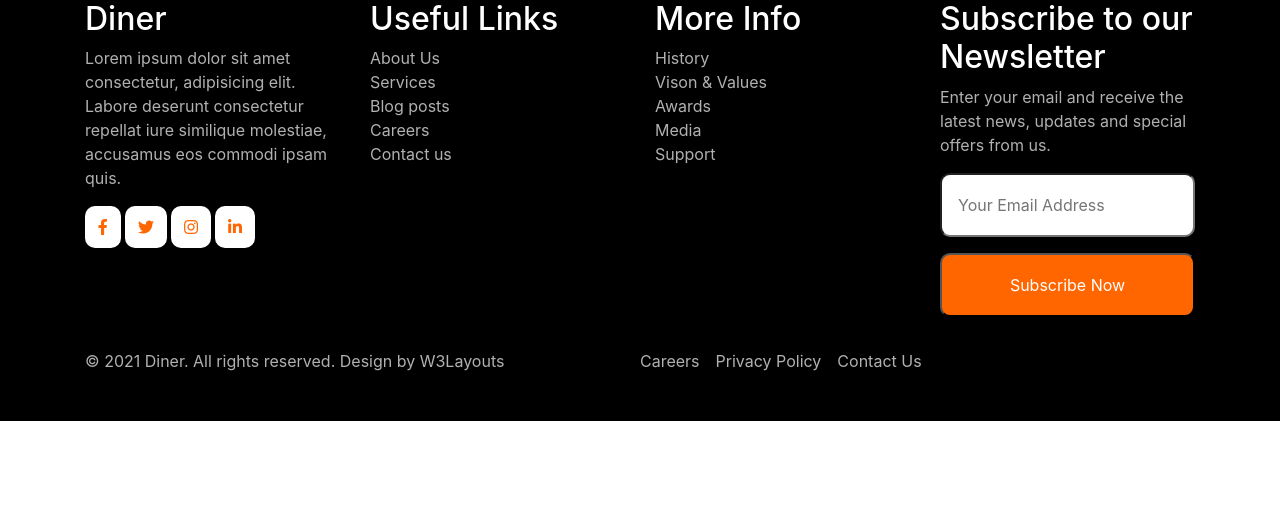
Repository: ngoctinvo/diner_project_cybersoft
Page: index.html
An editor plug-in stored every save of this project. The page is shown before and after the next save, followed by the edit.
The browser window is 1280 px wide. The pictures show the whole page.
Some web libraries are served in a nearby version. The style sheet was rebuilt from its Sass, Less or Tailwind sources for each picture, by a compiler version that may differ from the author's.

Above is the page before, as saved 2022-04-16 15:44:50.
Not found: js/index.js

After the next save:
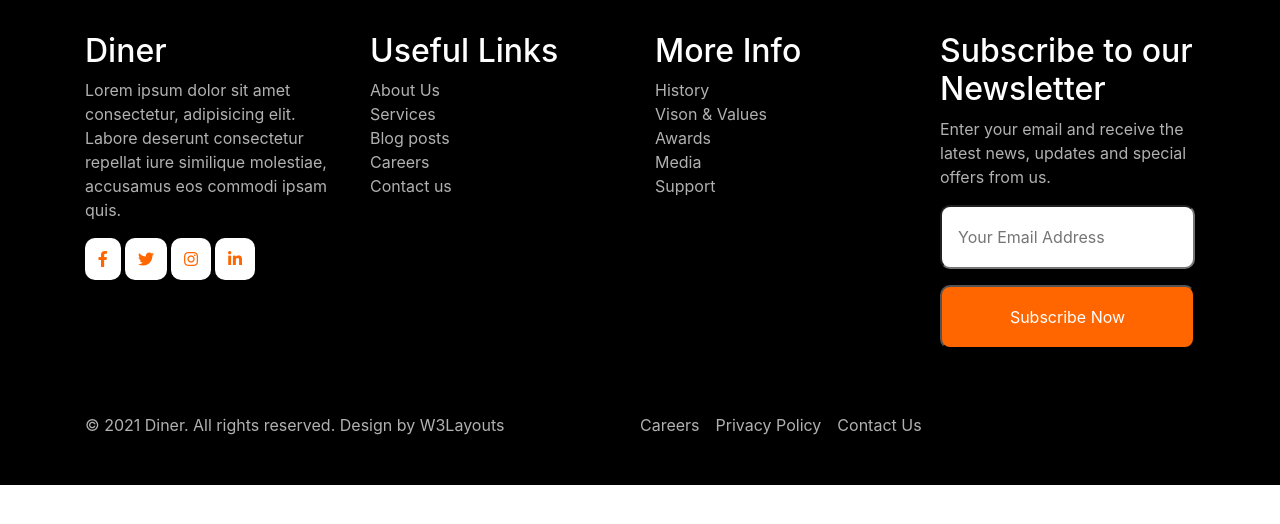
Saved 32 s later.
--- a/sass/index.scss
+++ b/sass/index.scss
@@ -15,6 +15,9 @@
         text-decoration: none;
     }
     .infor {
+        .item {
+            margin: 2rem 0;
+        }
         h2 {
             color: white;
         }
